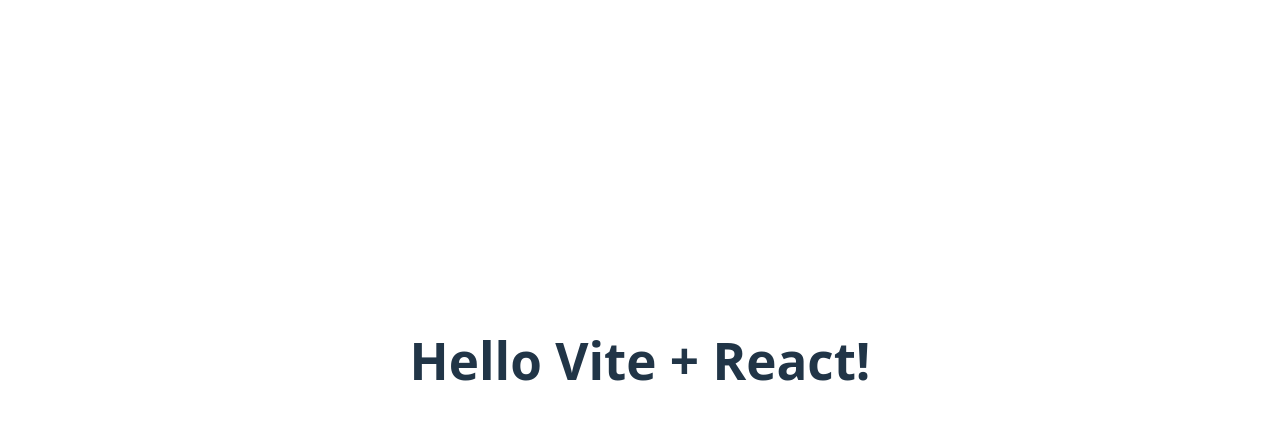
Repository: aurelien-genois/zombieland-front
Page: /
The author's editor kept a copy of each file at every save. The page is drawn from the files as they stood at one save, then again after the next save.
The browser window is 1280 px wide. The pictures show the whole page.
The project was rebuilt for these pictures with package versions that can differ from the ones it lists, and the page was loaded fresh each time. Also part of the build but not shown: vite.config.ts.

Above is the page before, as saved 2025-09-13 02:40:12.

### src/components/App/App.tsx

import './App.css'

function App() {


  return (
    <div className="App">
      <h1>Hello Vite + React!</h1>
    </div>
  )
}

export default App

Loaded but not shown: index.html (common file); src/main.tsx (common file); src/index.css (common file); src/components/App/App.css (common file)

After the next save:
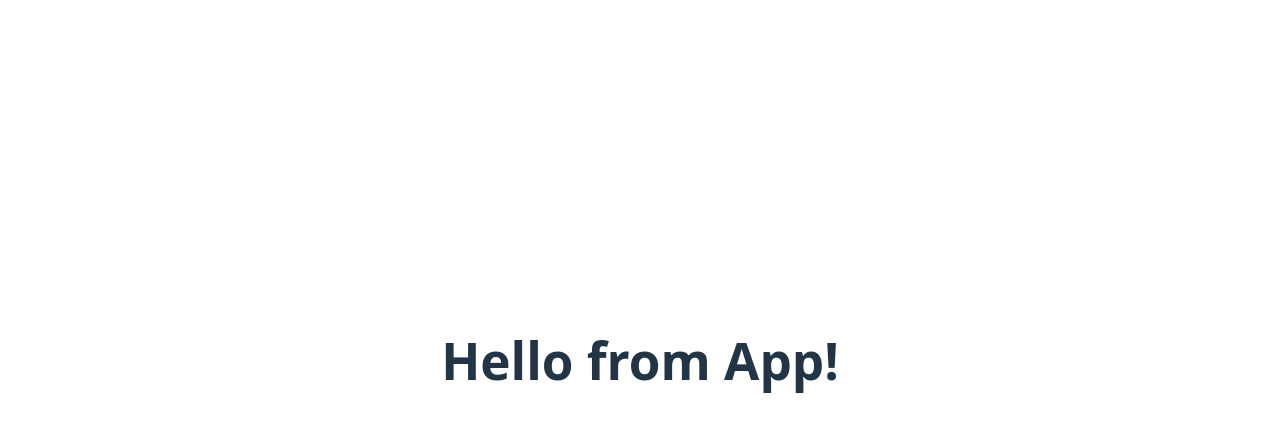
Saved 40 s later.
--- a/src/components/App/App.tsx
+++ b/src/components/App/App.tsx
@@ -6,7 +6,7 @@
 
   return (
     <div className="App">
-      <h1>Hello Vite + React!</h1>
+      <h1>Hello from App!</h1>
     </div>
   )
 }
